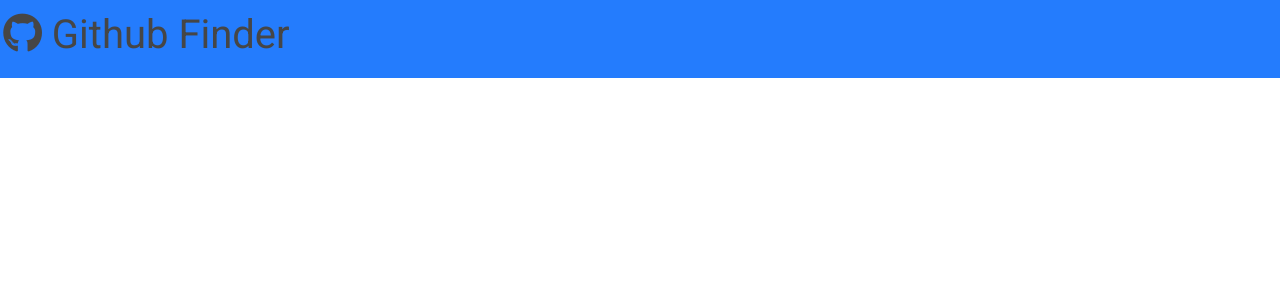
Repository: talha-mahmood/components-states-props
Page: / (app in my-app/)
An editor plug-in stored every save of this project. The page is shown before and after a run of saves, followed by the edit.
The browser window is 1280 px wide. The pictures show the whole page.
Some web libraries are served in a nearby version. The project was rebuilt for these pictures with package versions that can differ from the ones it lists, and the page was loaded fresh each time. A package was used in the major version that the imports need, not the one package.json lists. Also part of the build but not shown: my-app/src/components/users/UserItem.js, my-app/src/components/layout/Spinner.js, my-app/src/components/layout/Alert.js.

Above is the page before, as saved 2023-02-02 12:16:43.

### my-app/public/index.html
<!DOCTYPE html>
<html lang="en">
  <head>
    <meta charset="utf-8" />
    <link rel="icon" href="%PUBLIC_URL%/favicon.ico" />

    <link rel="stylesheet" href="https://cdn.jsdelivr.net/npm/bootstrap@5.1.3/dist/css/bootstrap.min.css" integrity="sha384-1BmE4kWBq78iYhFldvKuhfTAU6auU8tT94WrHftjDbrCEXSU1oBoqyl2QvZ6jIW3" crossorigin="anonymous">

    <link rel="stylesheet" href="https://cdnjs.cloudflare.com/ajax/libs/font-awesome/4.7.0/css/font-awesome.min.css">

    <meta name="viewport" content="width=device-width, initial-scale=1" />
    <meta name="theme-color" content="#000000" />
    <meta
      name="description"
      content="Web site created using create-react-app"
    />
    <link rel="apple-touch-icon" href="%PUBLIC_URL%/logo192.png" />
    <!--
      manifest.json provides metadata used when your web app is installed on a
      user's mobile device or desktop. See https://developers.google.com/web/fundamentals/web-app-manifest/
    -->
    <link rel="manifest" href="%PUBLIC_URL%/manifest.json" />

    <!--
      Notice the use of %PUBLIC_URL% in the tags above.
      It will be replaced with the URL of the `public` folder during the build.
      Only files inside the `public` folder can be referenced from the HTML.

      Unlike "/favicon.ico" or "favicon.ico", "%PUBLIC_URL%/favicon.ico" will
      work correctly both with client-side routing and a non-root public URL.
      Learn how to configure a non-root public URL by running `npm run build`.
    -->
    <title>React App</title>
  </head>
  <body>
    <noscript>You need to enable JavaScript to run this app.</noscript>
    <div id="root"></div>
    <!--
      This HTML file is a template.
      If you open it directly in the browser, you will see an empty page.

      You can add webfonts, meta tags, or analytics to this file.
      The build step will place the bundled scripts into the <body> tag.

      To begin the development, run `npm start` or `yarn start`.
      To create a production bundle, use `npm run build` or `yarn build`.
    -->

    <script src="https://cdn.jsdelivr.net/npm/bootstrap@5.1.3/dist/js/bootstrap.bundle.min.js" integrity="sha384-ka7Sk0Gln4gmtz2MlQnikT1wXgYsOg+OMhuP+IlRH9sENBO0LRn5q+8nbTov4+1p" crossorigin="anonymous"></script>

    <script src="https://kit.fontawesome.com/435a672ee3.js" crossorigin="anonymous"></script>
  </body>
</html>

### my-app/src/App.js
import React,{Component, Fragment} from 'react';
import "./App.css";
import Navbar from './components/layout/Navbar';
// import UserItem from './components/users/UserItem';
import Search from './components/users/Search';
import PropTypes from 'prop-types';
import axios from 'axios'
import Users from './components/users/Users';
import Alert from './components/layout/Alert';
import {BrowserRouter as Router, Route, Routes} from 'react-router-dom'

class App extends Component{
  state={
    users:[],
    loading:false,
    alert:null
  }
  static propTypes={
    searchUsers:PropTypes.func.isRequired,

  }
  // // async componentDidMount(){
  // //   console.log(process.env.REACT_APP_GITHUB_CLIENT_SECRET);
  // //   // axios.get('https://api.github.com/users').then(res=>console.log(res.data));
  // //   this.setState({loading:true})
  // //   const res= await axios.get(`https://api.github.com/users?client_id=${process.env.REACT_APP_GITHUB_CLIENT_ID}&client_secret=${process.env.REACT_APP_GITHUB_CLIENT_SECRET} `);
  // //
  // //   this.setState({users:res.data,loading:false})

  // }
  static defaultProps={
    title:"Github Finder",
    icon:'fab fa-github'
  }

//Search Github Users
  searchUsers= async (text) =>{
    const res= await axios.get(`https://api.github.com/search/users?q=${text}&client_id=${process.env.REACT_APP_GITHUB_CLIENT_ID}&client_secret=${process.env.REACT_APP_GITHUB_CLIENT_SECRET} `);
    console.log(res.data);
    this.setState({users:res.data.items,loading:false});
  }

  //Clear Github Users
  clearUsers= () => this.setState({users:[], loading:false})

  // Set Alert
  setAlert= (msg,type) =>{
    this.setState({alert:{msg:msg, type:type}});
    setTimeout  (() => this.setState({alert:null}),5000)

    };



  render(){
    const {users, loading}=this.state;
  return (
    <Router>

    <div className="App">
       <Navbar title="Github Finder" icon='fab fa-github'/>

       <div className='container'>
        <Alert alert={this.state.alert}/>

        <Routes>
          <Route exact path='/' render={props=>(
            <Fragment>
              <Search searchUsers={this.searchUsers} clearUsers={this.clearUsers} showClear={users.length > 0 ?true : false} setAlert={this.setAlert}/>
              <Users loading={loading} users={users} />

            </Fragment>

          )}/>
        </Routes>

       </div>

    </div>
    </Router>
  );
}
}
export default App;

### my-app/src/components/layout/Navbar.js
import React from 'react'
import PropTypes from 'prop-types';

const Navbar= ({icon, title})=> {

    return (
      <nav className='navbar bg-primary'>
        <h1>
          < i className={icon}/> {title}

          </h1>

      </nav>
    );

}

Navbar.defaultProps={
  title:"Github Finder",
  icon:'fab fa-github'
}
Navbar.propTypes={
  title: PropTypes.string.isRequired,
  icon: PropTypes.string.isRequired
}
export default Navbar

### my-app/src/components/users/Search.js
import React, { Component } from 'react'
import PropTypes from 'prop-types'
export class Search extends Component {
    state={
        text:''
    }
    static propTypes={
      searchUsers:PropTypes.func.isRequired,
      clearUsers:PropTypes.func.isRequired,
      showClear:PropTypes.bool.isRequired,
      setAlert:PropTypes.func.isRequired

    }

    onChange = e =>{
        this.setState({[e.target.name]: e.target.value});
    }

    onSubmit=(e)=>{
      e.preventDefault();
      if(this.state.text===''){
        this.props.setAlert('please enter something','light')
      }
      else{
        this.props.searchUsers(this.state.text);
        this.setState({text:''})
      }


    }
  render() {

    const {showClear,clearUsers}=this.props;
    return (
      <div>
        <form  onSubmit={this.onSubmit}className='form'>
            <input type="text" name="text" placeholder='Search Users..' value={this.state.text} onChange={this.onChange}/>
            <input type="submit" className="btn btn-dark btn-block" value="Search"/>

        </form>
        {showClear &&  <button className='btn btn-light btn-block' onClick={
          clearUsers}>Clear</button> }

      </div>
    )
  }
}

export default Search

### my-app/src/components/users/Users.js
import React from 'react'
import UserItem from './UserItem'
import Spinner from '../layout/Spinner'
import PropTypes from 'prop-types'


const Users= ({users,loading})=> {

  if(loading){
    return<Spinner/>
  }
  else
  {
    return(
        <div style={userStyle}>{users.map(user=>(
        <UserItem key={user.id} user={user} />
      ))}</div>
    )
  }
    // state={
    //     users:[
    //         {
    //             login:  "mojombo",
    //             id: 1,
    //             avatar_url: "https://avatars.githubusercontent.com/u/1?v=4",
    //             html_url: "https://github.com/mojombo"
    //         },
    //         {
    //             login:  "defunkt",
    //             id: 2,
    //             avatar_url: "https://avatars.githubusercontent.com/u/2?v=4",
    //             html_url: "https://github.com/defunkt"
    //         },
    //         {
    //             login: "pjhyett",
    //             id: 3,
    //             avatar_url: "https://avatars.githubusercontent.com/u/3?v=4",
    //             html_url: "https://github.com/pjhyett"
    //         }

    //     ]
    // }



}

Users.propTypes={
  users:PropTypes.array.isRequired,
  loading:PropTypes.bool.isRequired
}
const userStyle={
    display:'grid',
    gridTemplateColumns:'repeat(3,1fr)',
    gridGap:'1rem'

}

export default Users

Loaded but not shown: my-app/src/index.js (common file); my-app/src/App.css (common file)

After the next 3 saves:
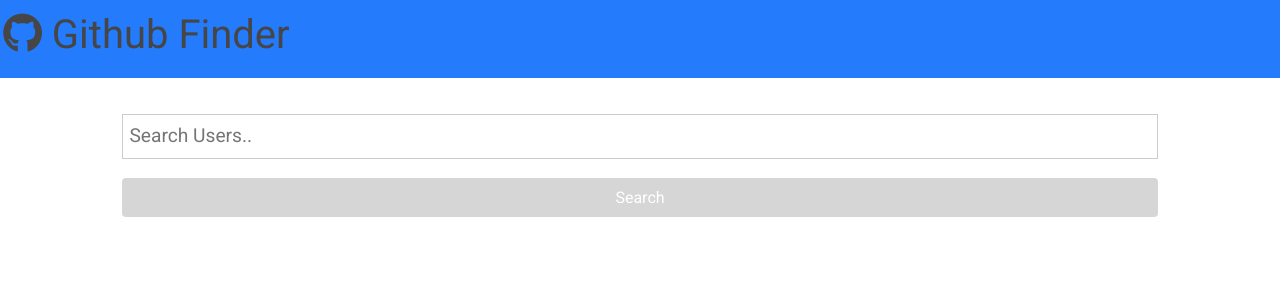
The 3 saves are shown as one change because 2 did not build or start.
The last was saved 36 min 11 s later.
--- a/my-app/src/App.js
+++ b/my-app/src/App.js
@@ -7,7 +7,7 @@ import PropTypes from 'prop-types';
 import axios from 'axios'
 import Users from './components/users/Users';
 import Alert from './components/layout/Alert';
-import {BrowserRouter as Router, Route, Routes} from 'react-router-dom'
+import {BrowserRouter as Router, Route, Switch} from 'react-router-dom'
 
 class App extends Component{
   state={
@@ -63,7 +63,7 @@ class App extends Component{
        <div className='container'>
         <Alert alert={this.state.alert}/>
 
-        <Routes>
+        <Switch>
           <Route exact path='/' render={props=>(
             <Fragment>
               <Search searchUsers={this.searchUsers} clearUsers={this.clearUsers} showClear={users.length > 0 ?true : false} setAlert={this.setAlert}/>
@@ -72,7 +72,7 @@ class App extends Component{
             </Fragment>
 
           )}/>
-        </Routes>
+        </Switch>
 
        </div>
 
